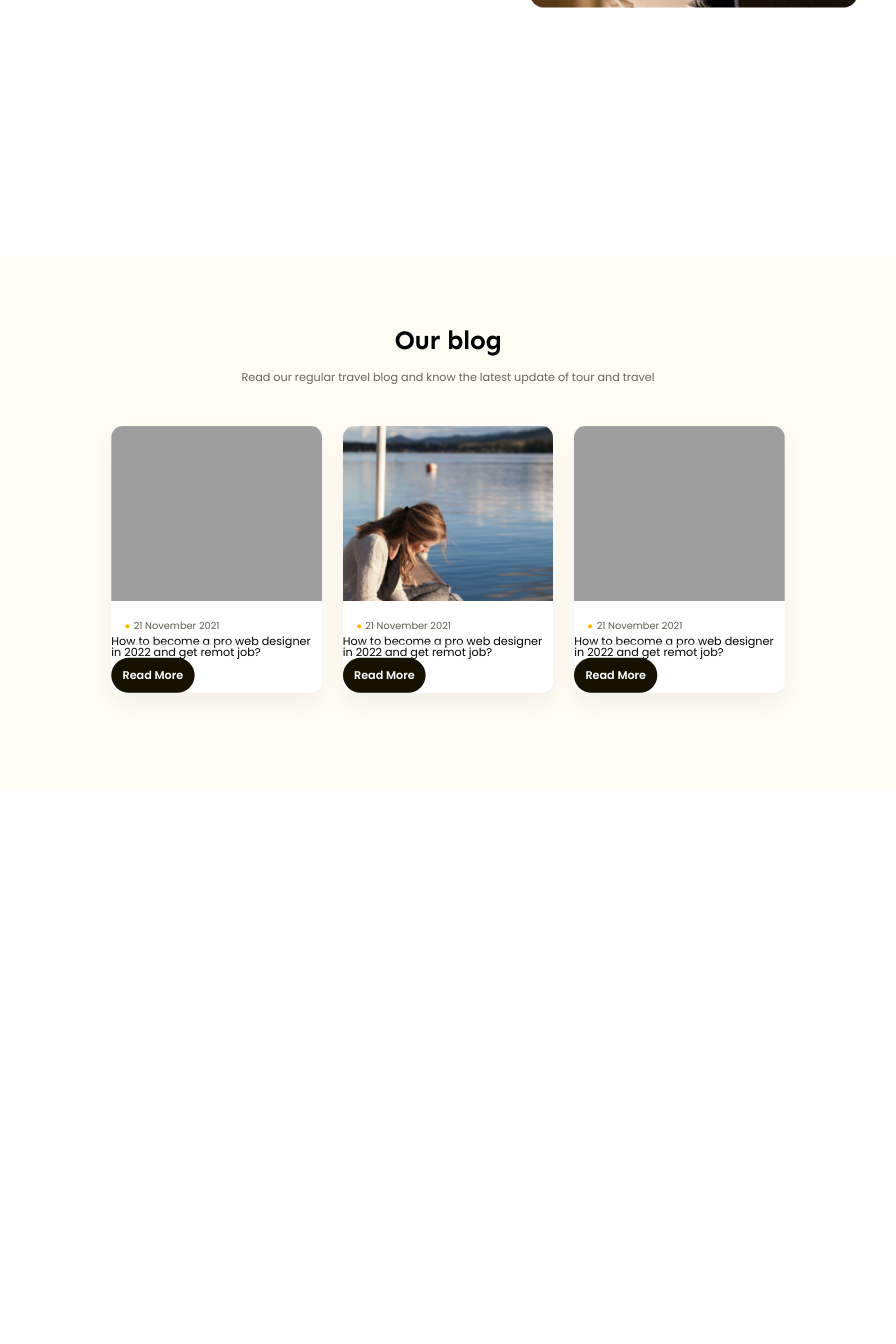
Repository: Toihoclaptrinh/duan1_figma
Page: index.html
The author's editor kept a copy of each file at every save. The page is drawn from the files as they stood at one save, then again after the next save.
The browser window is 1280 px wide. The pictures show the part of the page from y = 3614 to 5534 px (the page is 10000 px tall), at 70% of full size.
Pictures or frames that could not be fetched are drawn as grey boxes.

Above is the page before, as saved 2024-02-17 10:28:45.

After the next save:
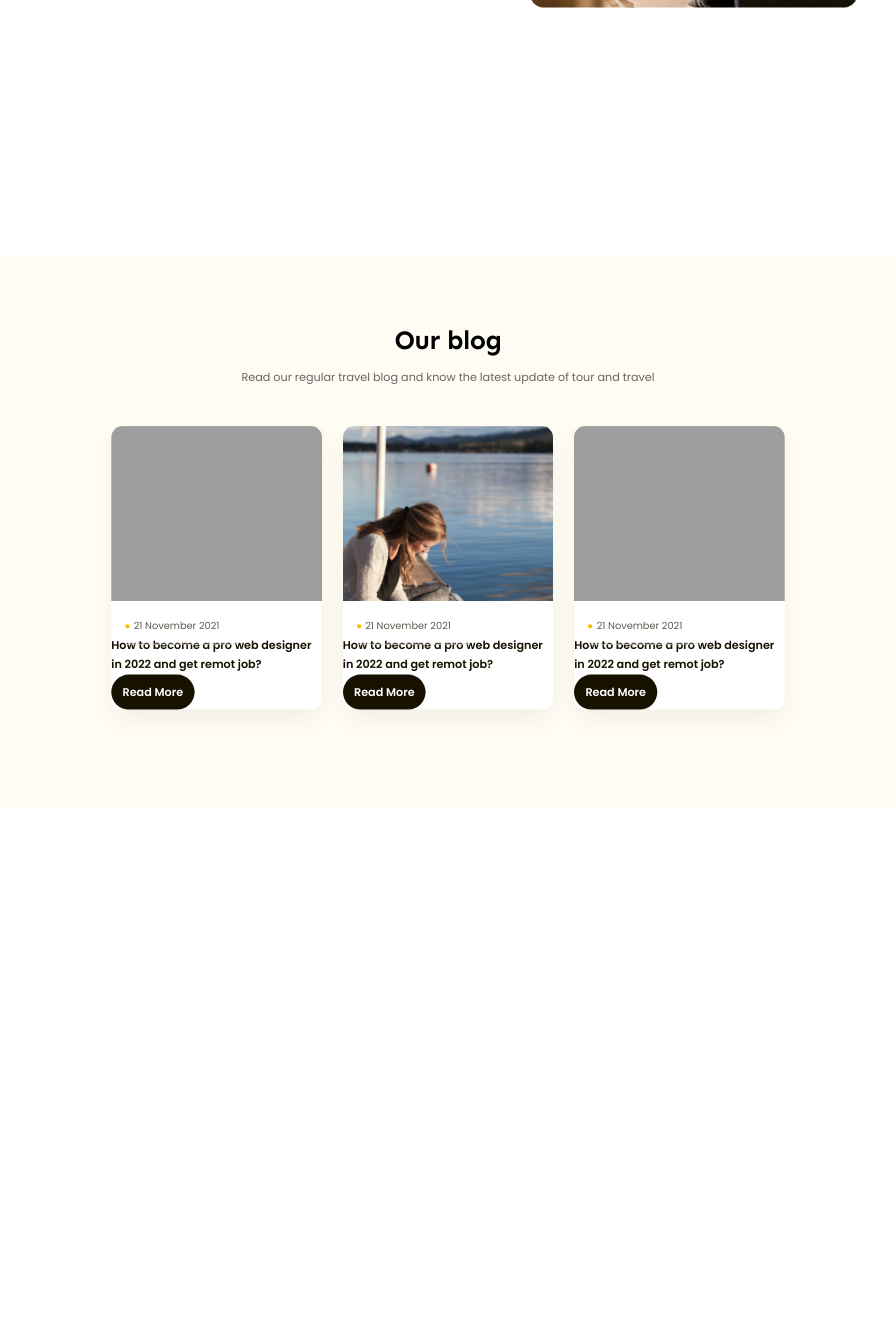
Saved 30 s later.
--- a/assets/css/style.css
+++ b/assets/css/style.css
@@ -674,4 +674,10 @@ a {
   bottom: 25px;
 }
 .blog-item .blog-content .title {
-}
+  color: #171100;
+  font-family: Poppins;
+  font-size: 16px;
+  font-style: normal;
+  font-weight: 600;
+  line-height: 28px; /* 175% */
+}
